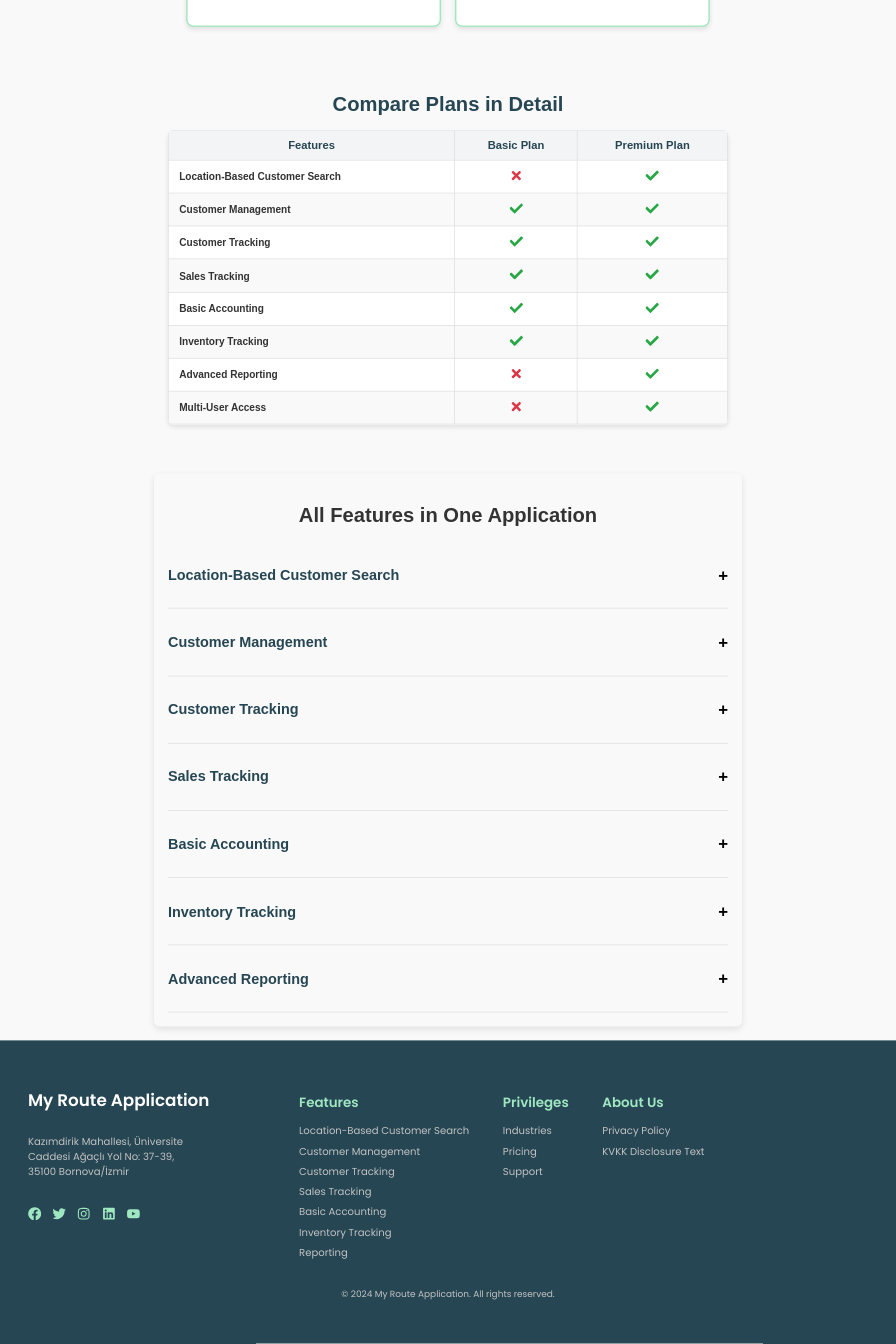
Repository: senolinanyasar/myrouteapplication
Page: /pricing
An editor plug-in stored every save of this project. The page is shown before and after the next save, followed by the edit.
The browser window is 1280 px wide. The pictures show the part of the page from y = 1095 to 3015 px (the page is 3015 px tall before and 2968 px after), at 70% of full size.
The project was rebuilt for these pictures with package versions that can differ from the ones it lists, and the page was loaded fresh each time. Also part of the build but not shown: vite.config.js, src/components/HeroSection.css, src/components/HeroSection.js, src/components/FeaturesSection.css, src/components/FeaturesSection.js, src/components/PricingSection.css, src/components/PricingSection.js, src/components/SupportSection.css and 4 more.

Above is the page before, as saved 2024-11-16 23:15:29.

After the next save:
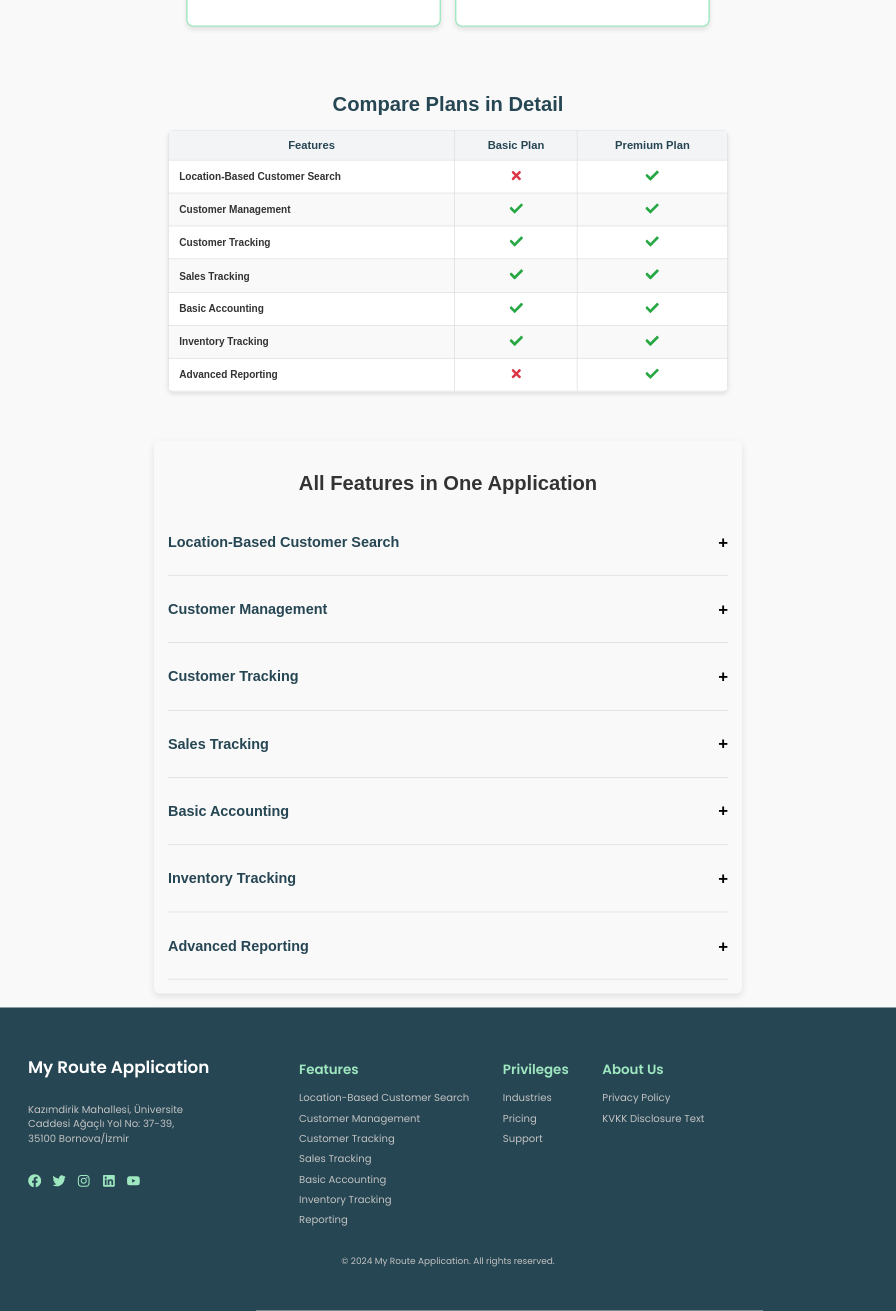
Saved 19 s later.
--- a/src/components/PricingPage.js
+++ b/src/components/PricingPage.js
@@ -157,11 +157,6 @@ const PricingPage = () => {
                             <td><FaTimes className="icon-times" /></td>
                             <td><FaCheck className="icon-check" /></td>
                         </tr>
-                        <tr>
-                            <td>Multi-User Access</td>
-                            <td><FaTimes className="icon-times" /></td>
-                            <td><FaCheck className="icon-check" /></td>
-                        </tr>
                     </tbody>
                 </table>
             </div>
